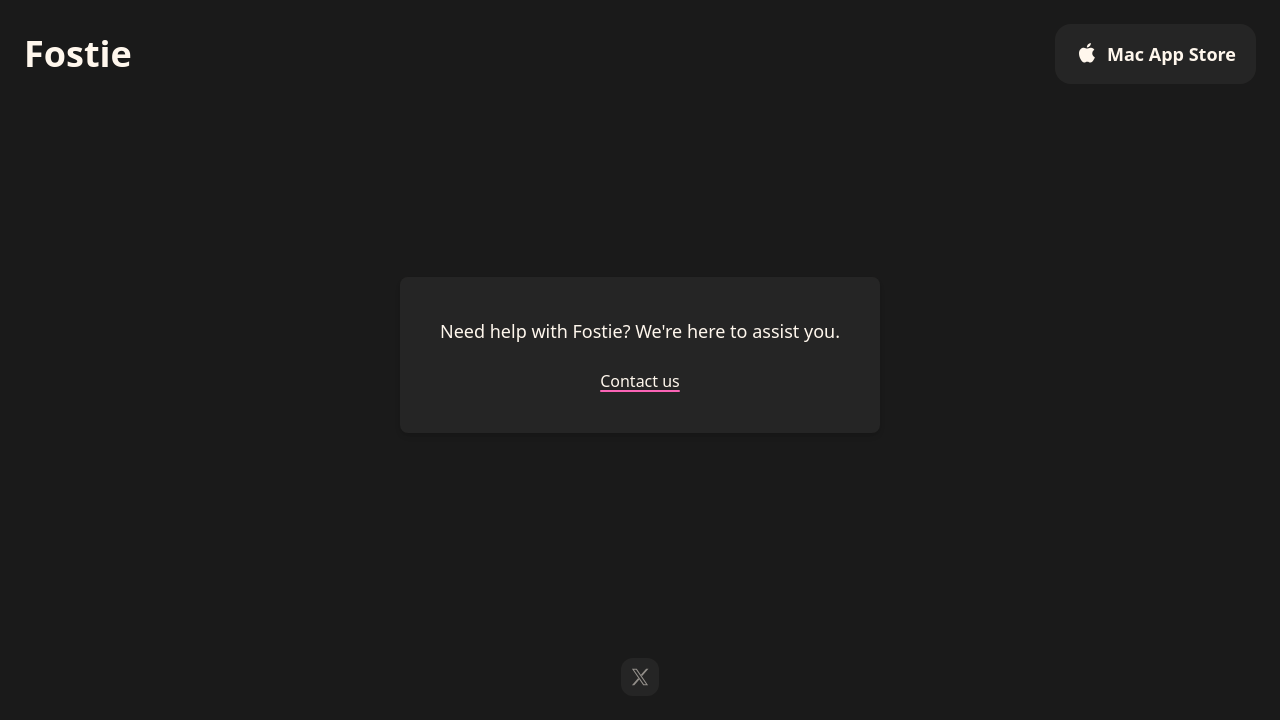
Repository: atimael/fostie-web
Page: /
These files come from the project's save history. The page is drawn as it stood at one moment and after the next save; the edit follows.
The browser window is 1280 px wide. The pictures show the whole page.
The project was rebuilt for these pictures with package versions that can differ from the ones it lists, and the page was loaded fresh each time. The framework's server and built-in components were replaced by stand-ins that run in the browser. Also part of the build but not shown: next.config.js.

Above is the page before, as saved 2025-05-27 20:52:36.

After the next save:
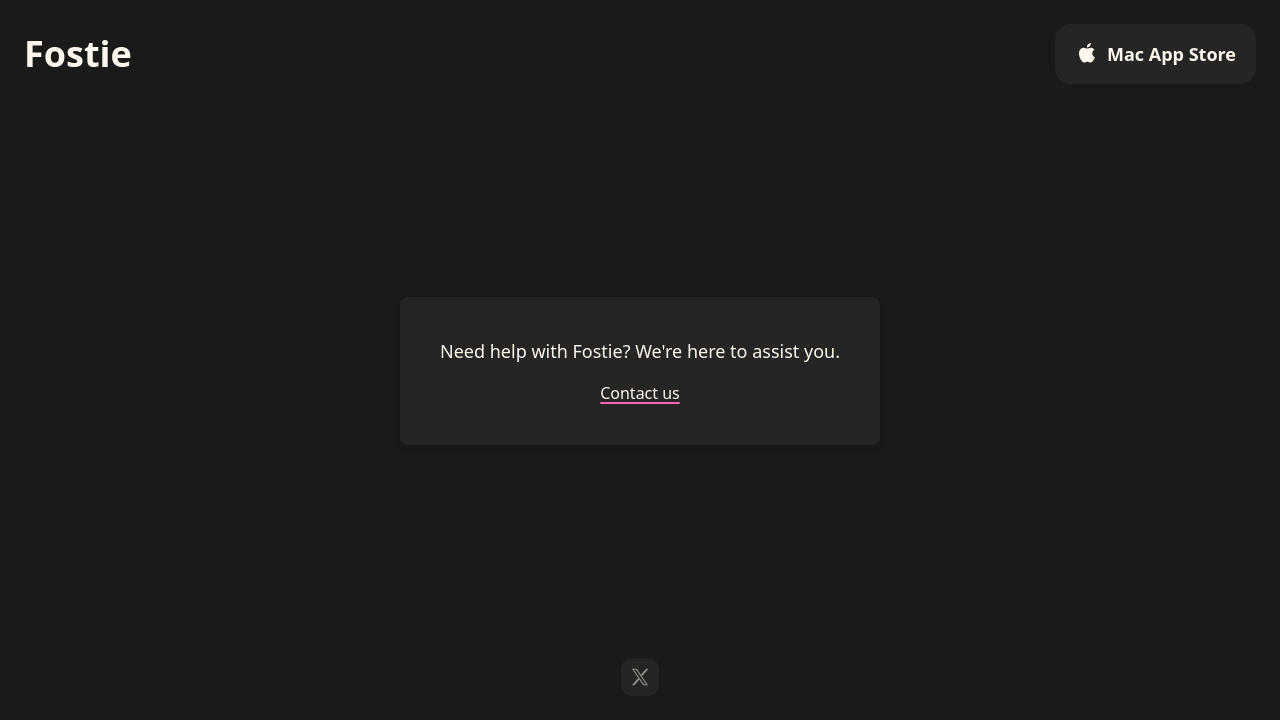
Saved 48 s later.
--- a/components/main.tsx
+++ b/components/main.tsx
@@ -2,8 +2,8 @@
   return (
     <div className="flex-1 flex items-center justify-center px-6 py-12">
       <div className="max-w-2xl mx-auto text-center">
-        <div className=" bg-orange-50/5 rounded-lg shadow-md p-10 mb-8">
-          <p className="text-lg mb-6">
+        <div className=" bg-orange-50/5 rounded-lg shadow-md p-10">
+          <p className="text-lg mb-4">
             Need help with Fostie? We're here to assist you.
           </p>
 
